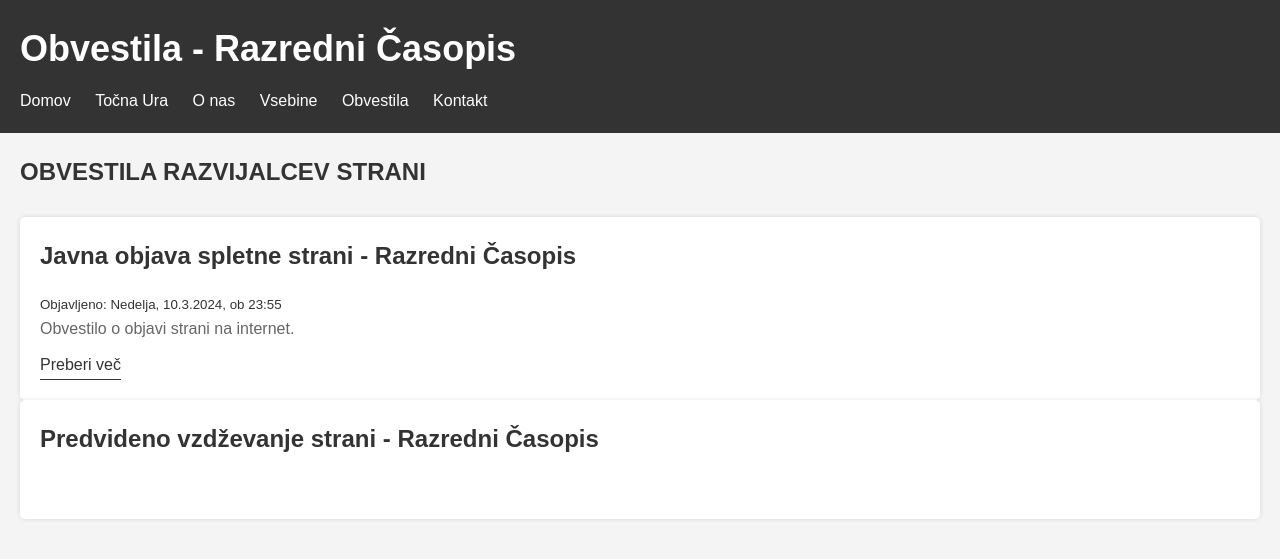
Repository: razrednicasopis/razrednicasopis.github.io
Page: Resources/obvestila.html
An editor plug-in stored every save of this project. The page is shown before and after the next save, followed by the edit.
The browser window is 1280 px wide. The pictures show the whole page.

Above is the page before, as saved 2024-03-12 12:57:27.
Console error: ReferenceError: maintenanceMode is not defined

### Resources/obvestila.html
<!DOCTYPE html>
    <html lang="eu">
        <head>
            <meta charset="UTF-8">
            <meta name="viewport" content="width=device-width, initial-scale=1.0">
            <title>Obvestila</title>
            <link rel="stylesheet" href="styless.css">
            <link rel="stylesheet" href="system.css">
        </head>
            <body>


              <div class="blur-container">
                <div id="vrstica">
                    <header>
                      <h1>Obvestila - Razredni Časopis</h1>
                      <nav>
                        <ul>
                          <li><a href="index.html">Domov</a></li>
                          <li><a href="ura.html">Točna Ura</a></li>
                          <li><a href="o-nas.html">O nas</a></li>
                          <li><a href="vsebine.html">Vsebine </a></li>
                          <li><a href="#">Obvestila</a></li>
                          <li><a href="#" class="showPopupLink">Kontakt</a></li>
                        </ul>
                      </nav>
                    </header>
                    </div>



        <main>
          <section class="obvestilnatabla">
            <h1>OBVESTILA RAZVIJALCEV STRANI</h1><br>
              <article>
                <h2>Javna objava spletne strani - Razredni Časopis</h2>
                <small>Objavljeno: Nedelja, 10.3.2024, ob 23:55</small>
                <p>Obvestilo o objavi strani na internet.</p>
                <a href="obvestilo1.html">Preberi več</a>
              </article>
                <p>
                  <article>
                    <h2>Predvideno vzdževanje strani - Razredni Časopis</h2><br>

                  </article>
                </p>
          </section>
        </main>
      </div>


<!--Pop-ups and other HTML-->
<div id="popupContainer">
  <div id="overlay"></div>
  <div id="popupContent">
      <h1><b>NEDOSEGLJIVE VSEBINE</b></h1>
      <p>Te vsebine bodo na voljo v naslednjih verzijah strani.</p>
      <p>Obiščite <a href="obvestila.html">obvestila</a> za več novic.</p>
      <br>
      <button id="closePopupBtn">V redu</button>
  </div>
</div>

<div id="maintenancePopup">
  <div id="maintenancePopupContent">
    <h1>POVEZAVA IZGUBLJENA</h1>
    <p>Povezava z strežnikom izgubljena zaradi vzdrževanja strani. Prosimo osvežite stran.</p>
    <button id="closeMaintenancePopupBtn">Osveži</button>
  </div>
</div>

          <script src="alerts.js"></script>
          <script src="maintenancemode.js"></script>

            </body>
    </html>

### Resources/styless.css
* {
  margin: 0;
  padding: 0;
  box-sizing: border-box;
}

/* Globalni slogi */
body {
  font-family: Arial, sans-serif;
  line-height: 1.6;
  background-color: #f4f4f4;
  color: #333;
  margin: 0;
  padding: 0;
  max-height: 100vh;
}


.container {
    text-align: center;
    margin-top: 50px;
}

.border-box {
    display: inline-block;
    padding: 200px;
    width: 550px;
    height: 500px;
    border: 5px solid #333; /* Set your desired border color */
    border-radius: 30px; /* Set the border radius for slightly curved corners */
    background-color: #333; /* Set your desired background color inside the border */
}

header {
  background: #333;
  color: #fff;
  padding: 20px;
}

header h1 {
  margin-bottom: 10px;
  font-size: 36px;
}

nav ul {
  list-style: none;
}

nav ul li {
  display: inline;
  margin-right: 20px;
}

nav ul li a {
  color: #fff;
  text-decoration: none;
}

main {
  padding: 20px;
}

section {
  margin-bottom: 30px;
}

section h2 {
  margin-bottom: 15px;
}

article {
  background: #fff;
  padding: 20px;
  border-radius: 5px;
  box-shadow: 0 0 5px rgba(0, 0, 0, 0.1);
}

article h3 {
  margin-bottom: 10px;
}

article p {
  color: #666;
}

article a {
  display: inline-block;
  margin-top: 10px;
  text-decoration: none;
  color: #333;
  border-bottom: 1px solid #333;
  padding-bottom: 2px;
}

article a:hover {
  color: #000;
  border-color: #000;
}



footer {
  text-align: center;
  padding: 30px;
  background-color: #333;
  color: #fff;
  position: absolute;
  bottom: auto;
  width: 100%;
  text-align: center;
}

### Resources/system.css
/* Koda za "Coming Soon" pop-up */

#popupContainer {
    display: none;
    position: fixed;
    top: 50%;
    left: 50%;
    transform: translate(-50%, -50%);
    background-color: #ffffff;
    box-shadow: 0 4px 8px rgba(0, 0, 0, 0.1);
    padding: 20px;
    border-radius: 10px;
    text-align: center;
    z-index: top;
  }

  #popupContent {
    max-width: 400px;
    margin: 0 auto;
  }

  #closePopupBtn {
    background-color: #3498db;
    color: #ffffff;
    padding: 10px 15px;
    border: none;
    border-radius: 5px;
    cursor: pointer;
  }

  #closePopupBtn:hover {
      background-color: #4da8e1;
  }

  #showPopupLink {
    display: inline-block;
    padding: 10px 15px;
    color: #ffffff;
    text-decoration: none;
    border-radius: 5px;
    cursor: pointer;
  }

body.popup-open {
   overflow: hidden;
}

.popup-open .blur-container {
  filter: blur(5px); /* Apply blur effect only when popup is open */
  pointer-events: none;
}

#maintenancePopup {
  display: none;
  position: fixed;
  top: 50%;
  left: 50%;
  transform: translate(-50%, -50%);
  background-color: #ffffff;
  box-shadow: 0 4px 8px rgba(0, 0, 0, 0.1);
  padding: 20px;
  border-radius: 10px;
  text-align: center;
  z-index: 999;
}

#maintenancePopupContent {
  max-width: 400px;
  margin: 0 auto;
}

#closeMaintenancePopupBtn {
  background-color: #3498db;
  color: #ffffff;
  padding: 10px 15px;
  border: none;
  border-radius: 5px;
  cursor: pointer;
  margin-top: 20px;
}

#closeMaintenancePopupBtn:hover {
  background-color: #4da8e1;
}

/* Koda za "Kontakt" obrazec */

#contactform {
    align-self: center;
    }

    .formcontainer {
      text-align: center;
      margin-top: 50px;
      display: flex;
      justify-content: center;
      align-items: flex-start; /* Align items at the top */
  }

  .border-box {
      display: inline-block;
      padding: 20px;
      width: 550px;
      height: 500px;
      border: 5px solid #333; /* Set your desired border color */
      border-radius: 30px; /* Set the border radius for slightly curved corners */
      background-color: #333; /* Set your desired background color inside the border */
  }

  form input,
form textarea {
    width: calc(100% - 40px); /* Adjusted width with a bit of padding on each side */
    padding: 10px; /* Increased padding for better readability */
    margin-bottom: 5px; /* Increased spacing between input areas */
    margin-top: 25px; /* Move input areas slightly lower */
    height: 40px; /* Increased height to make input areas bigger */
}

form select{
width: calc(100% - 40px); /* Adjusted width with a bit of padding on each side */
padding: 10px; /* Increased padding for better readability */
margin-bottom: 5px;
margin-top: 20px; /* Move input areas slightly lower */
height: 40px; /* Height of input areas */
border: 1px solid #ccc; /* Border style */
border-radius: 5px; /* Border radius */
font-size: 16px; /* Font size */
}

form textarea {
  height: 120px;
}

/* Form Submit Button Styles */

/* Your existing CSS code */
/* Koda za "Coming Soon" pop-up */

#popupContainer {
  display: none;
  position: fixed;
  top: 50%;
  left: 50%;
  transform: translate(-50%, -50%);
  background-color: #ffffff;
  box-shadow: 0 4px 8px rgba(0, 0, 0, 0.1);
  padding: 20px;
  border-radius: 10px;
  text-align: center;
  z-index: top;
}


#popupContent {
  max-width: 400px;
  margin: 0 auto;
}

#closePopupBtn {
  background-color: #3498db;
  color: #ffffff;
  padding: 10px 15px;
  border: none;
  border-radius: 5px;
  cursor: pointer;
}

#closePopupBtn:hover {
    background-color: #4da8e1;
}

#showPopupLink {
  display: inline-block;
  padding: 10px 15px;
  color: #ffffff;
  text-decoration: none;
  border-radius: 5px;
  cursor: pointer;
}

body.popup-open {
 overflow: hidden;
}

body.blur {
filter: blur(5px);
pointer-events: none;
z-index: 1;
}

/* Koda za "Kontakt" obrazec */

#contactform {
  align-self: center;
}

.formcontainer {
  text-align: center;
  margin-top: 50px;
  display: flex;
  justify-content: center;
  align-items: flex-start; /* Align items at the top */
}

.border-box {
  display: inline-block;
  padding: 20px;
  width: 550px;
  height: 500px;
  border: 5px solid #333; /* Set your desired border color */
  border-radius: 30px; /* Set the border radius for slightly curved corners */
  background-color: #333; /* Set your desired background color inside the border */
}

form input,
form textarea {
  width: calc(100% - 40px); /* Adjusted width with a bit of padding on each side */
  padding: 10px; /* Increased padding for better readability */
  margin-bottom: 5px; /* Increased spacing between input areas */
  margin-top: 25px; /* Move input areas slightly lower */
  height: 40px; /* Increased height to make input areas bigger */
}

form select{
width: calc(100% - 40px); /* Adjusted width with a bit of padding on each side */
padding: 10px; /* Increased padding for better readability */
margin-bottom: 5px;
margin-top: 20px; /* Move input areas slightly lower */
height: 40px; /* Height of input areas */
border: 1px solid #ccc; /* Border style */
border-radius: 5px; /* Border radius */
font-size: 16px; /* Font size */
}

form textarea {
height: 120px;
}

/* Combined CSS for Blob Button */

*, *:before, *:after {
  box-sizing: border-box;
  margin: 0;
  padding: 0;
}

.buttons {
  margin-top: 2 0px;
  text-align: center;
  border-radius: 30px;
}

.blob-btn {
  z-index: 1;
  position: relative;
  padding: 20px 150px;
  margin-bottom: 40px;
  margin-top: 10px;
  text-align: center;
  text-transform: uppercase;
  color: #0505A9;
  font-size: 16px;
  font-weight: bold;
  background-color: transparent;
  outline: none;
  border: none;
  transition: color 0.5s;
  cursor: pointer;
  border-radius: 30px;
}
.blob-btn:before {
  content: "";
  z-index: 1;
  position: absolute;
  left: 0;
  top: 0;
  width: 100%;
  height: 100%;
  border: 2px solid #0505A9;
  border-radius: 30px;
}
.blob-btn:after {
  content: "";
  z-index: -2;
  position: absolute;
  left: 3px;
  top: 3px;
  width: 100%;
  height: 100%;
  transition: all 0.3s 0.2s;
  border-radius: 30px;
}
.blob-btn:hover {
  color: #FFFFFF;
  border-radius: 30px;
}
.blob-btn:hover:after {
  transition: all 0.3s;
  left: 0;
  top: 0;
  border-radius: 30px;
}
.blob-btn__inner {
  z-index: -1;
  overflow: hidden;
  position: absolute;
  left: 0;
  top: 0;
  width: 100%;
  height: 100%;
  border-radius: 30px;
  background: #ffffff;
}
.blob-btn__blobs {
  position: relative;
  display: block;
  height: 100%;
  filter: url("#goo");
}
.blob-btn__blob {
  position: absolute;
  top: 2px;
  width: 30%;
  height: 100%;
  background: #0505A9;
  border-radius: 100%;
  transform: translate3d(0, 150%, 0) scale(1.7);
  transition: transform 0.45s;
}
@supports (filter: url("#goo")) {
  .blob-btn__blob {
    transform: translate3d(0, 150%, 0) scale(1.4);
  }
}
.blob-btn__blob:nth-child(1) {
  left: 0%;
  transition-delay: 0s;
}
.blob-btn__blob:nth-child(2) {
  left: 30%;
  transition-delay: 0.08s;
}
.blob-btn__blob:nth-child(3) {
  left: 60%;
  transition-delay: 0.16s;
}
.blob-btn__blob:nth-child(4) {
  left: 90%;
  transition-delay: 0.24s;
}
.blob-btn:hover .blob-btn__blob {
  transform: translateZ(0) scale(1.7);
}

/* Define the keyframes for the pulse effect */
@keyframes pulse {
  0% {
    box-shadow: 0 0 0 0 rgba(255, 255, 255, 0.7); /* Initial box shadow color, adjust to match button color */
  }
  50% {
    box-shadow: 0 0 0 20px rgba(255, 255, 255, 0); /* Intermediate box shadow color */
  }
  100% {
    box-shadow: 0 0 0 0 rgba(255, 255, 255, 0); /* Final box shadow color */
  }
}

/* Apply the animation to the button when it's clicked or focused */
.blob-btn:active, .blob-btn:focus {
  animation: pulse 0.3s ease-in-out; /* Adjust the duration to control the pulse speed */
}

@supports (filter: url("#goo")) {
  .blob-btn:hover .blob-btn__blob {
    transform: translateZ(0) scale(1.5);
  }
}

/* CSS za uro */

.clock {
  margin-top: 6cm;
  text-align: center;
  font-size: 3em;
}

/*CSS za vse stranske nav skupine razen za glavno */

.seznamvsebin {
  display: inline-block;
  vertical-align: bottom;
  width: calc(20% - 4px); /* Adjust width to accommodate border */
  box-sizing: border-box;
  margin: 40px;
  border: 3px solid #000; /* Border thickness */
  height: 750px; /* Set desired height */
  /* Additional styling for seznamvsebin if needed */
  background-color: #f2f2f2;

}

.seznamvsebin nav {
    justify-content: center;
    padding: 30px;

}

.seznamvsebin nav a {
      display: inline-block;
      padding: 5px 10px;
      color: #000000;
      text-align: center;
      text-decoration: none;
      margin-bottom: 5px;
      border: 2px, transparent;
      border-radius: 5px;
      transition: linear, border 0.1s linear;
      font-weight: bold;
}


.seznamvsebin nav a:hover {
    background-color: #e0e0e0;
    border: 2px solid #000000
}

.NoviceContent {
  float: right; /* Align to the right */
  width: calc(80% - 250px); /* Adjusted width */
  box-sizing: border-box;
  margin-top: 100px;
}

.NoviceContent p {
  margin-bottom: 20px;
}

#dynamicText {
  float: right; /* Align to the right */
  width: calc(89% - 250px); /* Adjusted width */
  box-sizing: border-box;
  margin-top: 90px;
}

#dynamicText article {
  width: 99%;
}

/* Pravila Obrazca CSS */

.pravilaobrazca {
  height: 630px;
}

.pravilaobrazca_opozorilo {
  margin-top: 275px; /* Keeps this div at the bottom */
  color: #666; /* Change text color if desired */
}

/* Random CSS */

/* CSS for the admin credits list */

.creditscontainer {
  display: flex;
  flex-wrap: wrap;
}

.creditslist {
  flex: 1;
  margin: 10px;
  padding: 0;
  list-style-type: none;
}

.creditslist li {
  margin-bottom: 5px;
}

.adminlist article {
  min-height: 225px;
}

/* Članki CSS */

.člankimargin {
  margin-top: 20px;
}

.člankimargin article {
  width: 99%;
  margin-left: 10px;
  height: 20.5cm;
}

.člankitext {
  margin-bottom: 75px;
  font-size: 25px;
}

.člankitext2 {
  font-size: 14.5px;
}

.člankitext3 {
  font-size: 18px;
}

#vitin_spis {
  font-size: 20px;
}

#grinchtext {
  font-size: 20px;
}

#grinchimg img {
  width: 20%;
  height: 20%
}

/* CSS za mediji.html */

.shrambaslik {
  float: right; /* Align to the right */
  width: calc(89% - 250px); /* Adjusted width */
  box-sizing: border-box;
  margin-top: 90px;
}

.shrambaslik img[id="1"] {
  width: 25%;
  height: 25%;
}

.shrambaslik img[id="2"] {
  width: 10%;
  height: 5%;
  margin-left: 2%;
}

### Resources/alerts.js
 document.addEventListener('DOMContentLoaded', function () {
        document.querySelectorAll('.showPopupLink').forEach(function (link) {
            link.addEventListener('click', function (event) {
                event.preventDefault();
                document.getElementById('popupContainer').style.display = 'block';
                document.body.classList.add('popup-open');
            });
        });

        document.getElementById('closePopupBtn').addEventListener('click', function () {
            document.getElementById('popupContainer').style.display = 'none';
            document.body.classList.remove('popup-open');
        });
    });

    //Maintenance mode pop-up

    document.addEventListener('DOMContentLoaded', function ()  {
        function toggleMaintenancePopup(show) {
            var maintenancePopup = document.getElementById('maintenancePopup');
            if (maintenancePopup) {
                maintenancePopup.style.display = show ? 'block' : 'none';
                document.body.classList.toggle('popup-open', show);
                console.log(Error);
            }
        }


    function checkMaintenanceStatus() {
        setInterval(function () {


            toggleMaintenancePopup(maintenanceMode);

        }, 1000);
    }

    document.getElementById('closeMaintenancePopupBtn').addEventListener('click', function ()  {
        location.reload();
    });

    checkMaintenanceStatus();
});

Loaded but not shown: Resources/maintenancemode.js (no stored copy; drawn as an empty file)

After the next save:
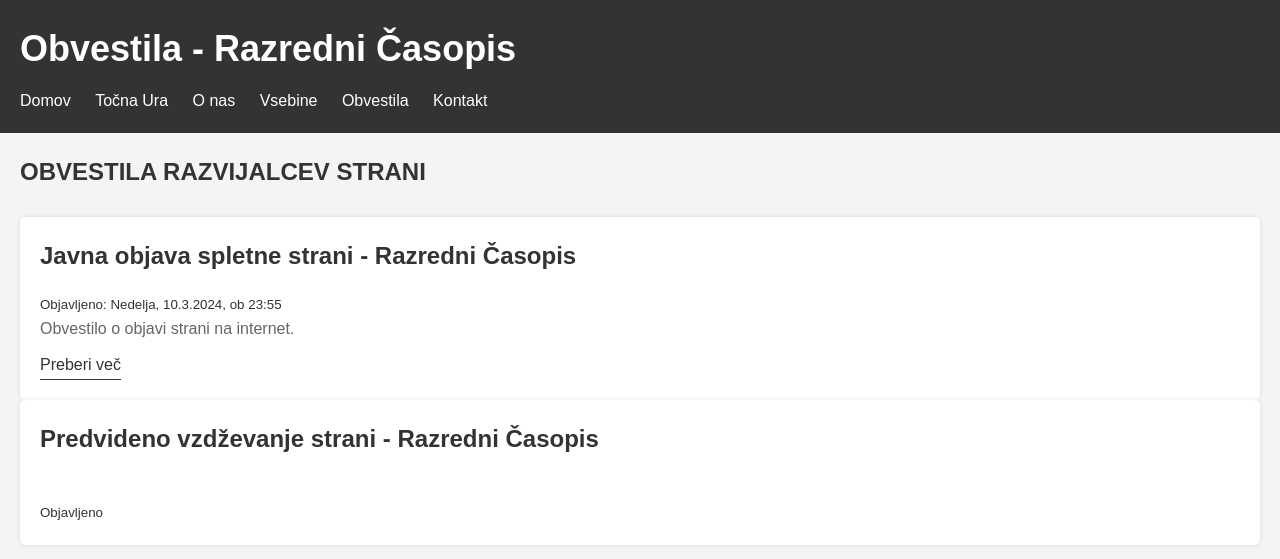
Saved 21 s later.
--- a/Resources/obvestila.html
+++ b/Resources/obvestila.html
@@ -41,7 +41,7 @@
                 <p>
                   <article>
                     <h2>Predvideno vzdževanje strani - Razredni Časopis</h2><br>
-
+                    <small>Objavljeno</small>
                   </article>
                 </p>
           </section>
